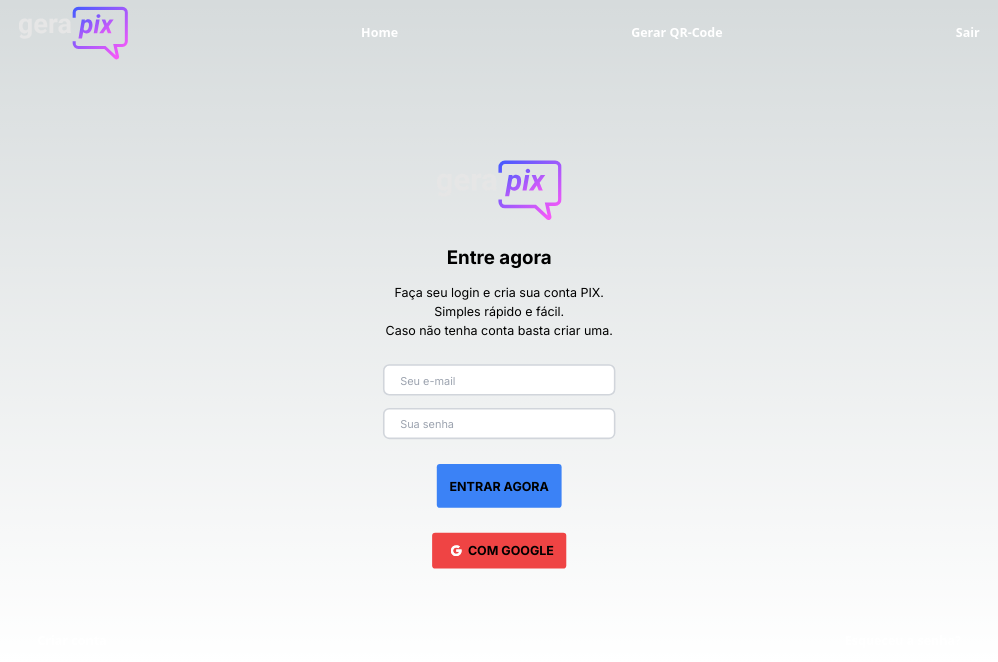
Repository: dubcom/GeraPix
Page: /
An editor plug-in stored every save of this project. The page is shown before and after the next save, followed by the edit.
The browser window is 1280 px wide. The pictures show the whole page, at 78% of full size.
The project was rebuilt for these pictures with package versions that can differ from the ones it lists, and the page was loaded fresh each time. The framework's server and built-in components were replaced by stand-ins that run in the browser. Also part of the build but not shown: next.config.js.

Above is the page before, as saved 2023-08-08 08:52:43.

After the next save:
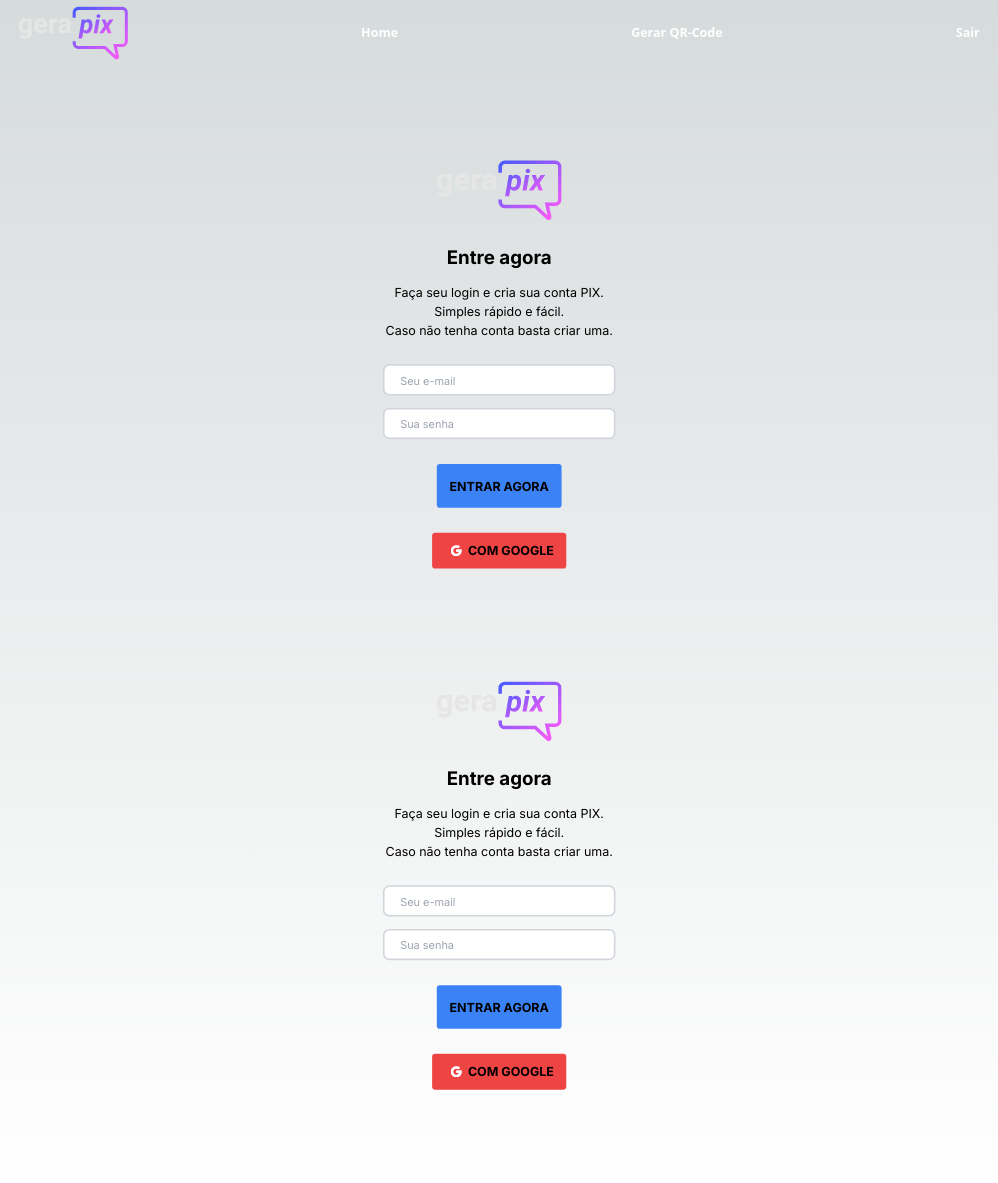
Saved 9 min 28 s later.
--- a/src/pages/index.tsx
+++ b/src/pages/index.tsx
@@ -60,6 +60,55 @@
         </form>
 
       </main>
+      <main
+        className={`flex flex-col container items-center p-12 ${inter.className}`}
+      >
+
+
+        <div className="flex flex-col items-center justify-center p-8">
+          <Image
+            src="/LogoDark.svg"
+            alt="Logo Gera PIX"
+            width={160}
+            height={80}
+          />
+        </div>
+        <h3 className="text-2xl font-bold text-center"> Entre agora</h3>
+        <div className="text-sl text-center pt-4">
+          <p> Faça seu login e cria sua conta PIX.</p> <p>Simples rápido e fácil.</p><p>Caso não tenha conta basta  criar uma. </p>
+        </div>
+
+        <form className="flex flex-col items-center justify-center pt-8">
+          <input
+            className="border-2 border-gray-300 bg-white h-10 px-5 pr-16  rounded-lg text-sm focus:outline-none"
+            type="text"
+            placeholder="Seu e-mail"
+          />
+          <input
+            className="border-2 border-gray-300 bg-white h-10 px-5 pr-16 m-4 rounded-lg text-sm focus:outline-none"
+            type="password"
+            placeholder="Sua senha"
+          />
+          <button
+            className="bg-blue-500 hover:bg-blue-700 flex p-4 rounded py-4 font-bold items-center m-4 "
+            type="button"
+          >
+
+            ENTRAR AGORA
+
+          </button>
+          <button onClick="#" className=" bg-red-500 hover:bg-red-700 flex justify-center p-4 rounded py-2 font-bold items-center m-4  " >
+            <Image className='flex mx-auto p-2'
+              src="/google-icon.svg"
+              alt="Logo Gera PIX"
+              width={30}
+              height={30}
+            />
+            COM GOOGLE
+          </button>
+        </form>
+
+      </main>
       < Footer />
 
     </>

After the save that followed:
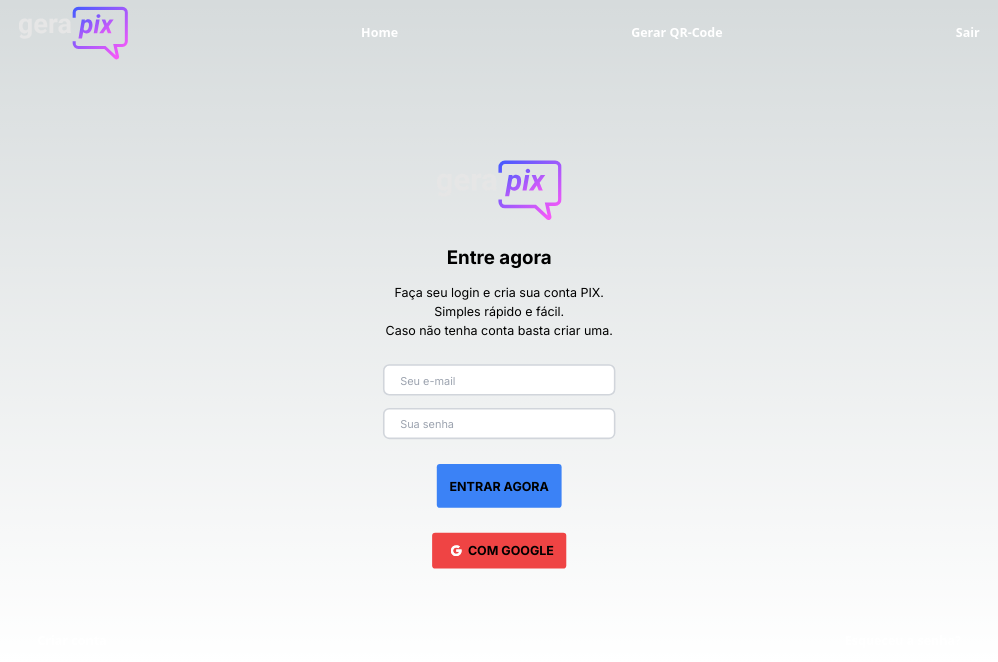
Saved 32 s later.
--- a/src/pages/index.tsx
+++ b/src/pages/index.tsx
@@ -60,55 +60,7 @@
         </form>
 
       </main>
-      <main
-        className={`flex flex-col container items-center p-12 ${inter.className}`}
-      >
 
-
-        <div className="flex flex-col items-center justify-center p-8">
-          <Image
-            src="/LogoDark.svg"
-            alt="Logo Gera PIX"
-            width={160}
-            height={80}
-          />
-        </div>
-        <h3 className="text-2xl font-bold text-center"> Entre agora</h3>
-        <div className="text-sl text-center pt-4">
-          <p> Faça seu login e cria sua conta PIX.</p> <p>Simples rápido e fácil.</p><p>Caso não tenha conta basta  criar uma. </p>
-        </div>
-
-        <form className="flex flex-col items-center justify-center pt-8">
-          <input
-            className="border-2 border-gray-300 bg-white h-10 px-5 pr-16  rounded-lg text-sm focus:outline-none"
-            type="text"
-            placeholder="Seu e-mail"
-          />
-          <input
-            className="border-2 border-gray-300 bg-white h-10 px-5 pr-16 m-4 rounded-lg text-sm focus:outline-none"
-            type="password"
-            placeholder="Sua senha"
-          />
-          <button
-            className="bg-blue-500 hover:bg-blue-700 flex p-4 rounded py-4 font-bold items-center m-4 "
-            type="button"
-          >
-
-            ENTRAR AGORA
-
-          </button>
-          <button onClick="#" className=" bg-red-500 hover:bg-red-700 flex justify-center p-4 rounded py-2 font-bold items-center m-4  " >
-            <Image className='flex mx-auto p-2'
-              src="/google-icon.svg"
-              alt="Logo Gera PIX"
-              width={30}
-              height={30}
-            />
-            COM GOOGLE
-          </button>
-        </form>
-
-      </main>
       < Footer />
 
     </>
